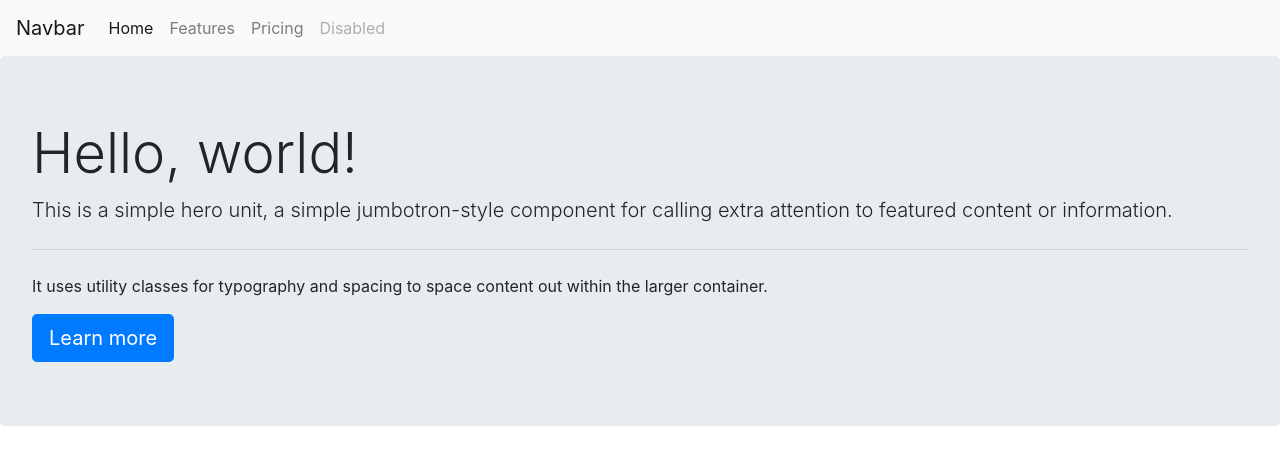
Repository: Nilda-hub/HTML
Page: http://localhost/index
The author's editor kept a copy of each file at every save. The page is drawn from the files as they stood at one save, then again after the next save.
The browser window is 1280 px wide. The pictures show the whole page.
The page is this project's Thymeleaf template; nobody is signed in. The template is opened directly, without the code that normally fills it, so the values that code supplies are empty.

Above is the page before, as saved 2021-10-22 03:50:41.

After the next save:
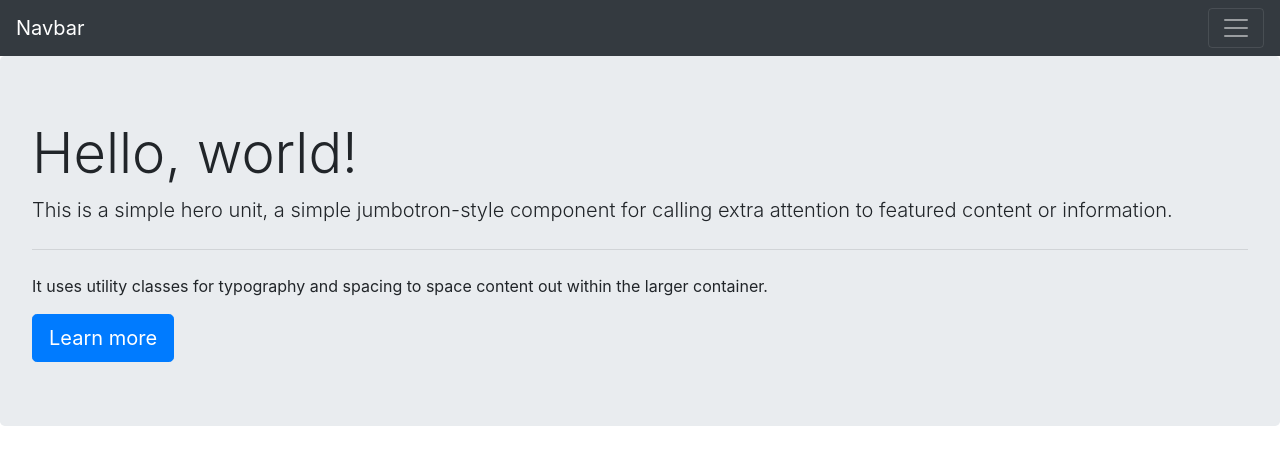
Saved 5 min 4 s later.
--- a/Springboot-Workspace/demo/src/main/resources/templates/index.html
+++ b/Springboot-Workspace/demo/src/main/resources/templates/index.html
@@ -7,7 +7,7 @@
     <title>Curso Spring Boot</title>
   </head>
   <body>
-   <nav class="navbar navbar-expand-lg navbar-light bg-light">
+   <nav class="navbar navbar-dark bg-dark">
   <a class="navbar-brand" href="#">Navbar</a>
   <button class="navbar-toggler" type="button" data-toggle="collapse" data-target="#navbarNav" aria-controls="navbarNav" aria-expanded="false" aria-label="Toggle navigation">
     <span class="navbar-toggler-icon"></span>
